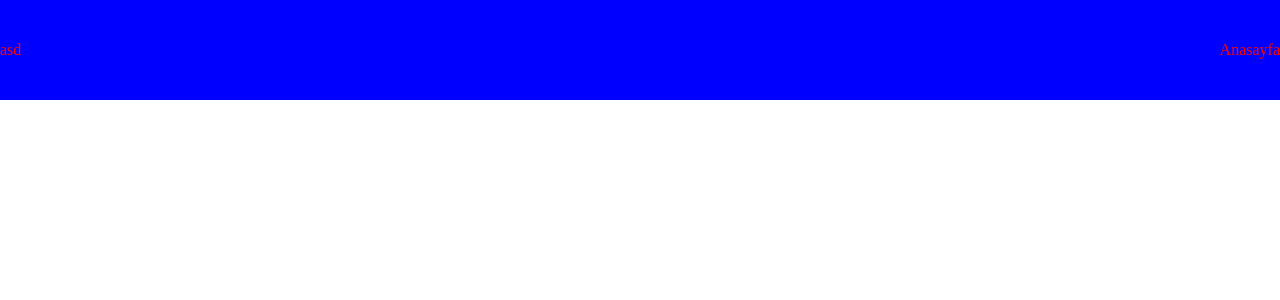
Repository: 0hasandemirtas/react-odev
Page: /
The author's editor kept a copy of each file at every save. The page is drawn from the files as they stood at one save, then again after the next save.
The browser window is 1280 px wide. The pictures show the whole page.
The project was rebuilt for these pictures with package versions that can differ from the ones it lists, and the page was loaded fresh each time.

Above is the page before, as saved 2024-06-13 12:15:54.

After the next save:
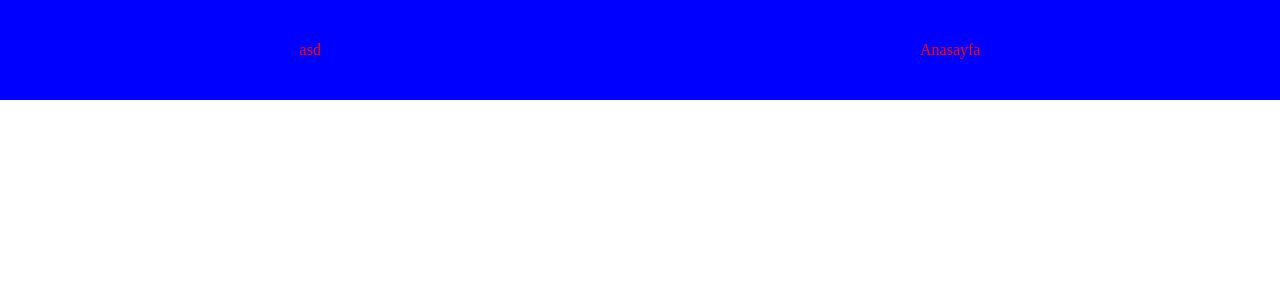
Saved 5 s later.
--- a/src/components/header/stylesheet.js
+++ b/src/components/header/stylesheet.js
@@ -10,11 +10,11 @@ const useStyles = createUseStyles({
         backgroundColor:"blue",
         color:"red",
         alignItems:"center",
-        justifyContent:"space-between"
+        justifyContent:"space-around"
     },
     contentContainer:{
         display:"flex",
-        justifyContent:"space-around",
+        justifyContent:"space-between",
         width:"100%"
     }
 },
